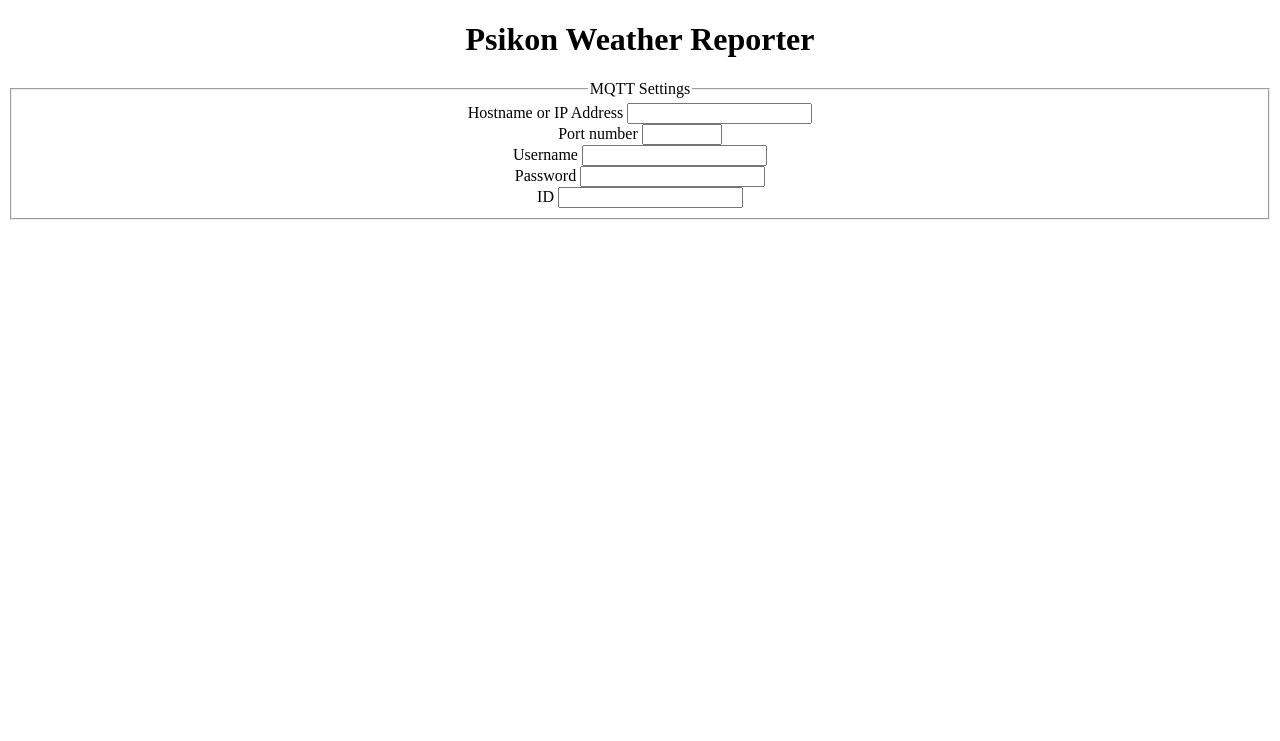
Repository: alex-dow/psikon-weather-station
Page: data/index.html
The author's editor kept a copy of each file at every save. The page is drawn from the files as they stood at one save, then again after the next save.
The browser window is 1280 px wide. The pictures show the whole page.

Above is the page before, as saved 2021-12-09 22:26:56.

After the next save:
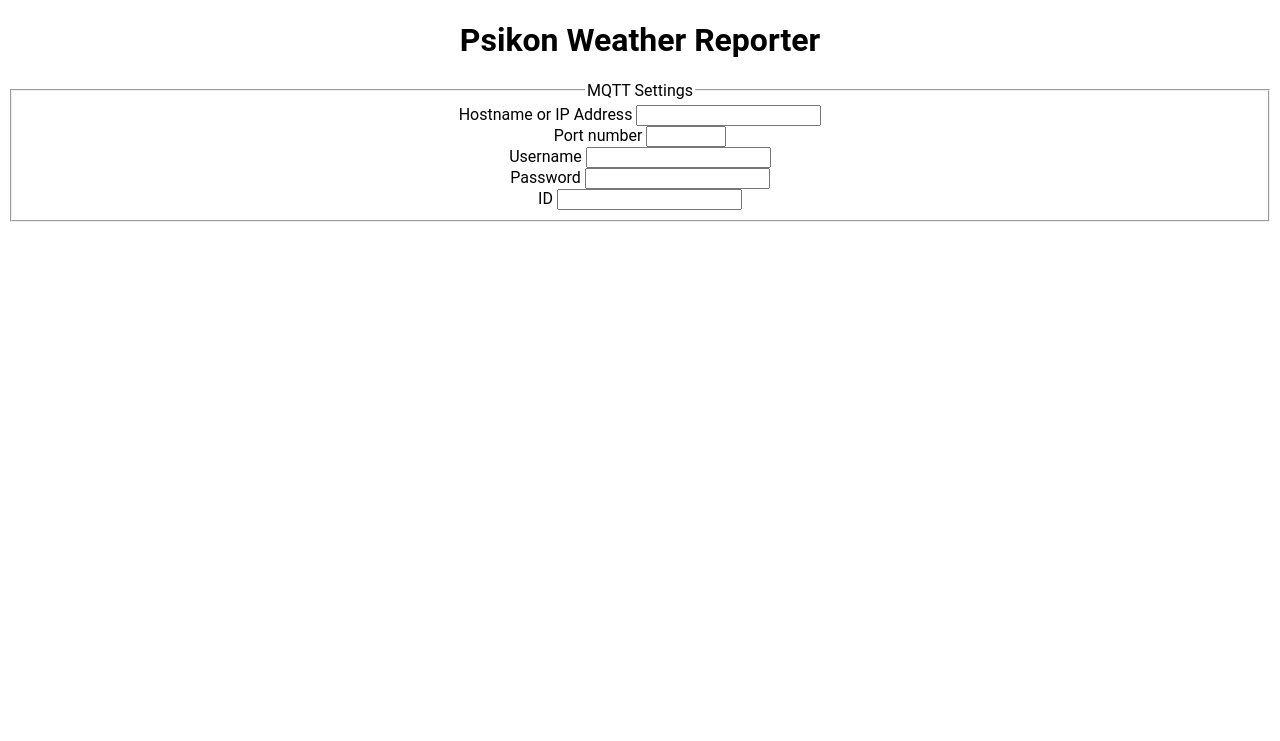
Saved 10 s later.
--- a/data/index.html
+++ b/data/index.html
@@ -11,6 +11,7 @@
       width: 100%;
       height: 100%;
       text-align: center;
+      font-family: 'Roboto', sans-serif;
     }
 
     .form-control
